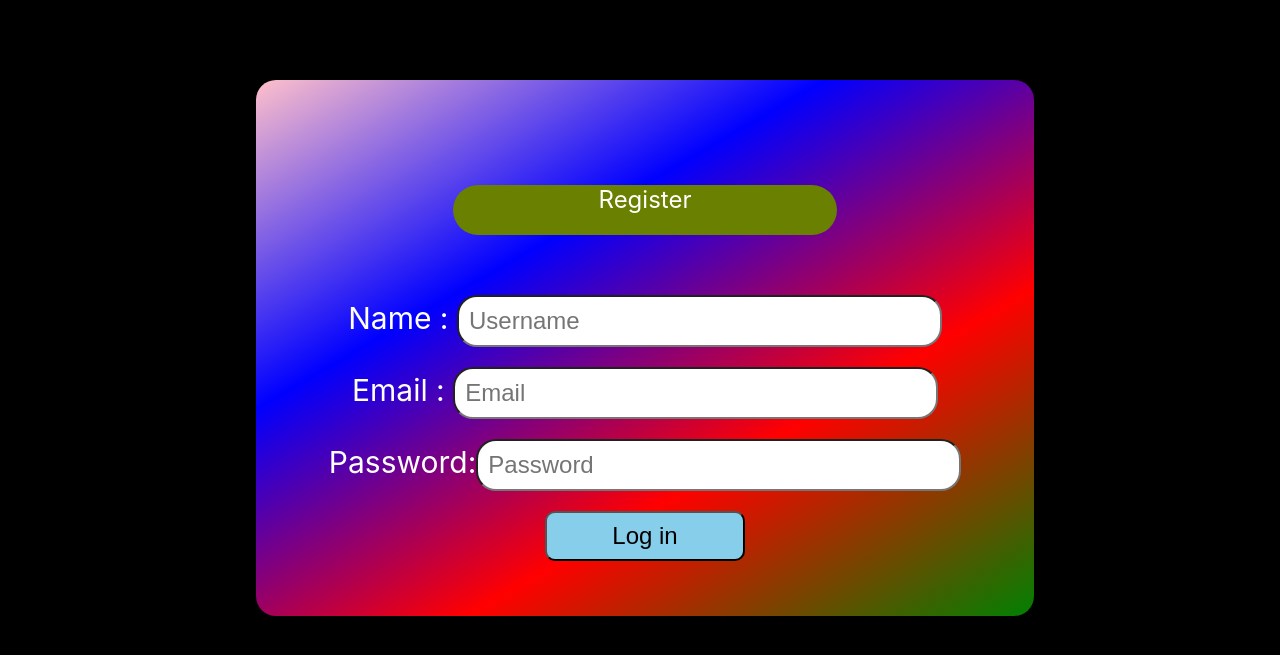
Repository: abhaysharma20233009/swiftKey
Page: /login (app in frontend/my-app/)
An editor plug-in stored every save of this project. The page is shown before and after the next save, followed by the edit.
The browser window is 1280 px wide. The pictures show the whole page.
The project was rebuilt for these pictures with package versions that can differ from the ones it lists, and the page was loaded fresh each time. Also part of the build but not shown: frontend/my-app/src/Swifts.js, frontend/my-app/src/Results.js.

Above is the page before, as saved 2024-10-10 20:33:15.

After the next save:
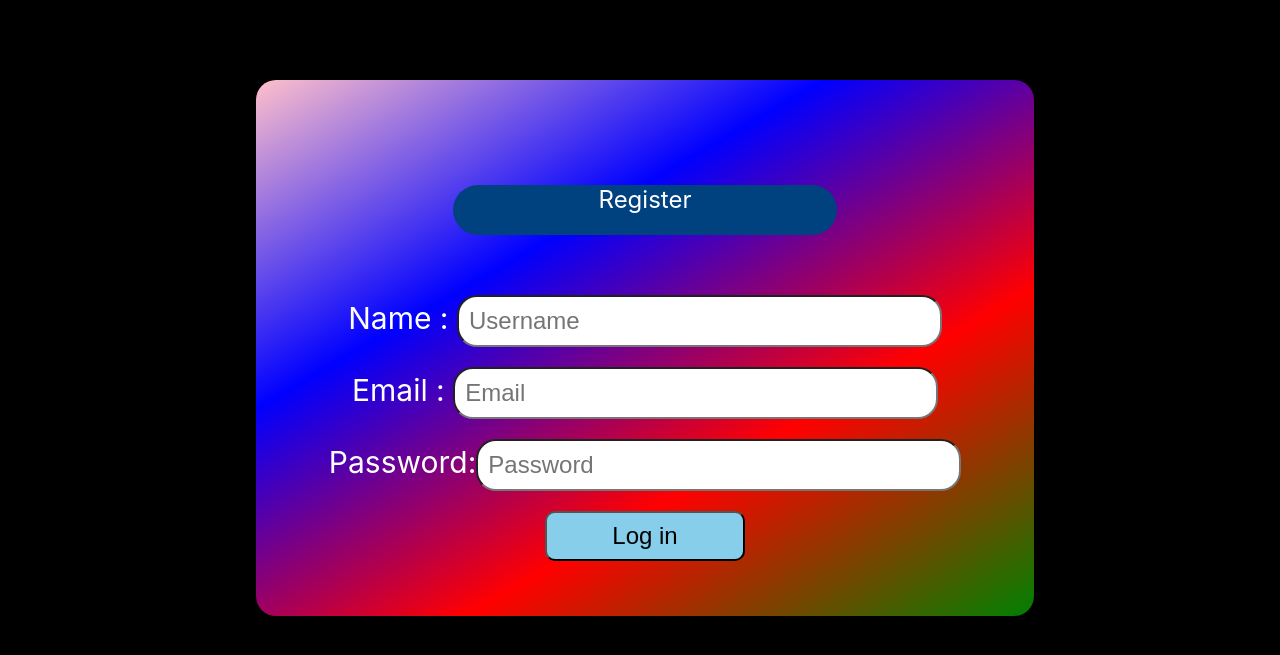
Saved 9 s later.
--- a/frontend/my-app/src/App.css
+++ b/frontend/my-app/src/App.css
@@ -38,7 +38,7 @@ body{
   margin-left:25%;
   background-color: lightgray;
   font-size: 24px;
-  background-color:rgb(105, 128, 0);
+  background-color:rgb(0, 66, 128);
   width:50%;
   height:50px;
   border-radius:30px;
